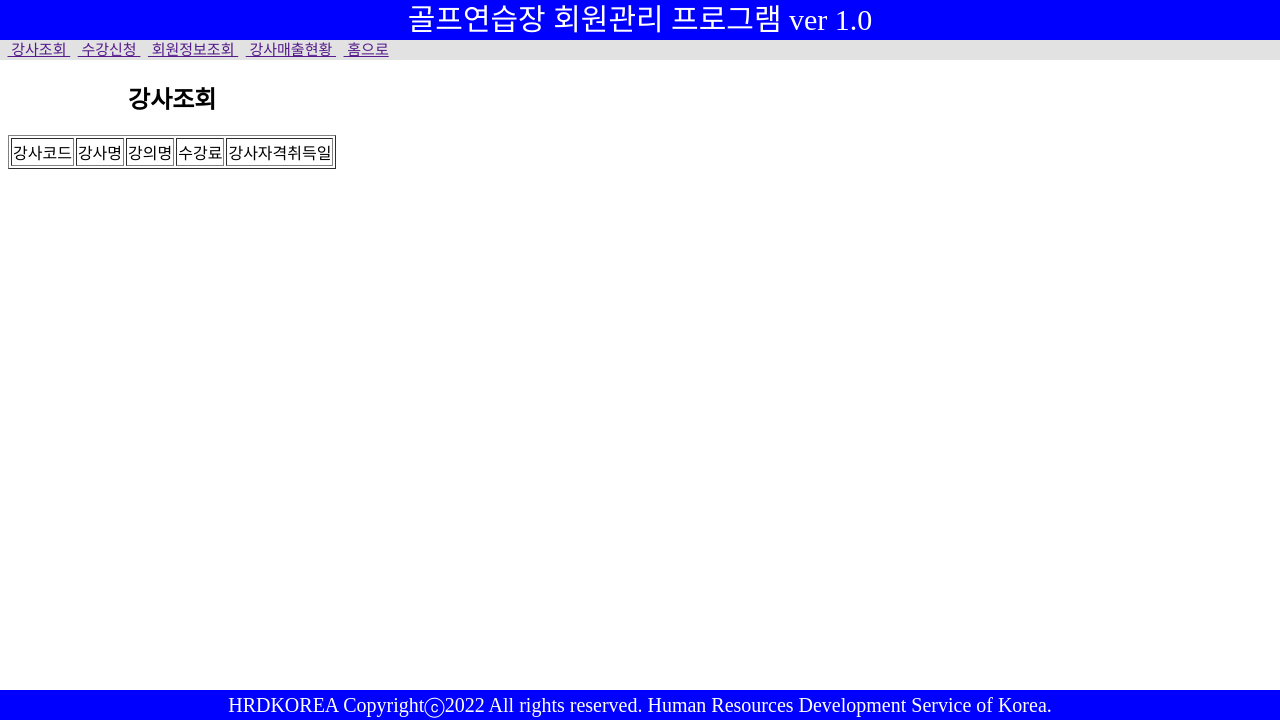
Repository: YeoJeongmo/hrdKorea
Page: http://localhost/HRD_01/teacher_list.jsp
An editor plug-in stored every save of this project. The page is shown before and after the next save, followed by the edit.
The browser window is 1280 px wide. The pictures show the whole page.
The page is served by Tomcat 9. Other server files are loaded and not shown.

Above is the page before, as saved 2024-09-02 03:24:32.

### cbq_01/workspace/HRD_01/src/main/webapp/teacher_list.jsp
<%@ page language="java" contentType="text/html; charset=UTF-8"
    pageEncoding="UTF-8"%>
<!DOCTYPE html>
<html>
<head>
<meta charset="UTF-8">
<title>Insert title here</title>
</head>
<body>
<jsp:include page="header.jsp"></jsp:include>
<section style="position: fixed; top: 60px;justify-content: center;">
	<h2 style="text-align: center;">강사조회</h2>
	<form style="display: flex; justify-content: center; align-content: center; ">
		<table border="1">
			<tr>
				<td> 강사코드 </td>
				<td> 강사명 </td>
				<td> 강의명 </td>
				<td> 수강료 </td>
				<td> 강사자격취득일 </td>
			</tr>
		</table>
	</form>
</section>

<jsp:include page="footer.jsp"></jsp:include>

</body>
</html>

### cbq_01/workspace/HRD_01/src/main/webapp/header.jsp
<%@ page language="java" contentType="text/html; charset=UTF-8"
    pageEncoding="UTF-8"%>
<!DOCTYPE html>
<html>
<head>
<meta charset="UTF-8">
<title>Insert title here</title>
</head>
<body>
<header style="position: fixed; top: 0; left: 0; width: 100%; height: 40px; line-height: 40px; font-size: 30px; background-color: blue; color: white; text-align: center;">골프연습장 회원관리 프로그램 ver 1.0</header>
<nav style="position: fixed; top: 40px; left: 0; width: 100%; height: 20px; line-height: 20px; font-size: 15px; background-color: #e2e2e2; color: white;">
&nbsp;&nbsp;<a href=""> 강사조회 </a>
&nbsp;&nbsp;<a href=""> 수강신청 </a>
&nbsp;&nbsp;<a href=""> 회원정보조회 </a>
&nbsp;&nbsp;<a href=""> 강사매출현황 </a>
&nbsp;&nbsp;<a href=""> 홈으로 </a>
</nav>

</body>
</html>

### cbq_01/workspace/HRD_01/src/main/webapp/footer.jsp
<%@ page language="java" contentType="text/html; charset=UTF-8"
    pageEncoding="UTF-8"%>
<!DOCTYPE html>
<html>
<head>
<meta charset="UTF-8">
<title>Insert title here</title>
</head>
<body>
<footer style="position: fixed; bottom: 0; left: 0; width: 100%; height: 30px; line-height: 30px; font-size: 20px; background-color: blue; color: white; text-align: center;"
>HRDKOREA Copyrightⓒ2022 All rights reserved. Human Resources Development Service of Korea.</footer>
</body>
</html>

After the next save:
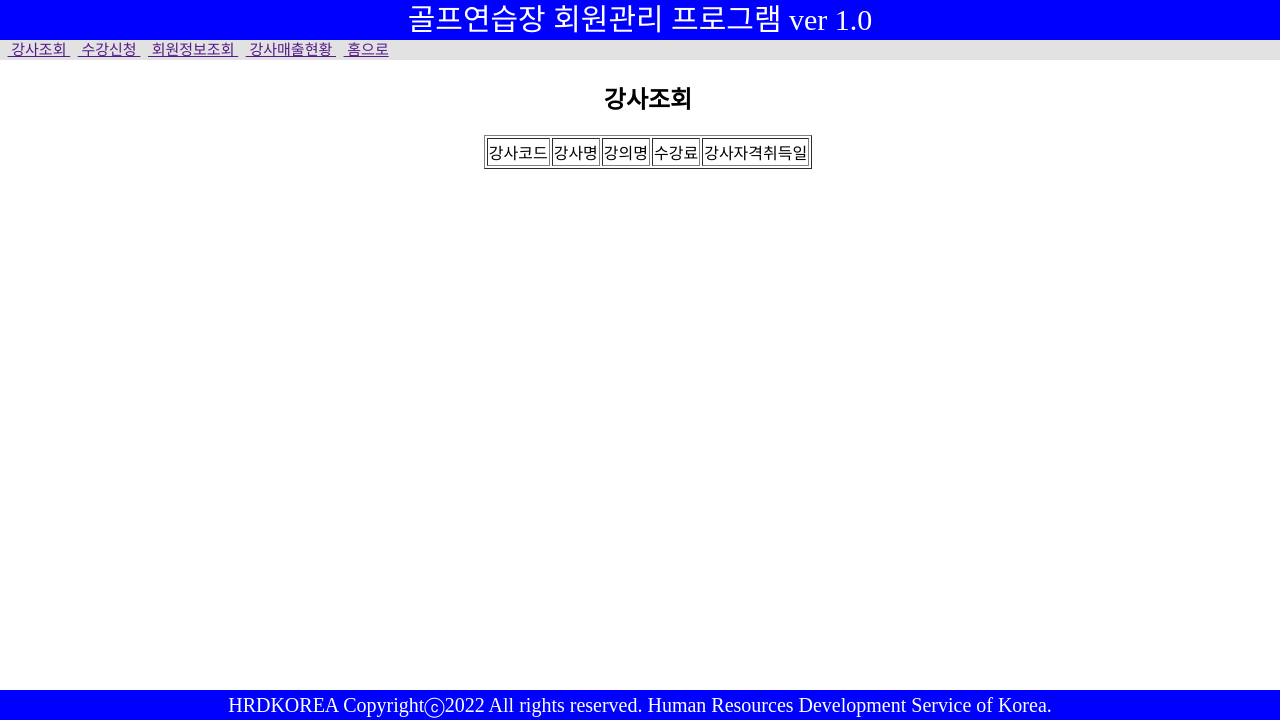
Saved 35 s later.
--- a/cbq_01/workspace/HRD_01/src/main/webapp/teacher_list.jsp
+++ b/cbq_01/workspace/HRD_01/src/main/webapp/teacher_list.jsp
@@ -8,8 +8,8 @@
 </head>
 <body>
 <jsp:include page="header.jsp"></jsp:include>
-<section style="position: fixed; top: 60px;justify-content: center;">
-	<h2 style="text-align: center;">강사조회</h2>
+<section style="position: fixed; width:100%; top: 60px;justify-content: center;">
+	<h2 style="text-align: center; ">강사조회</h2>
 	<form style="display: flex; justify-content: center; align-content: center; ">
 		<table border="1">
 			<tr>
